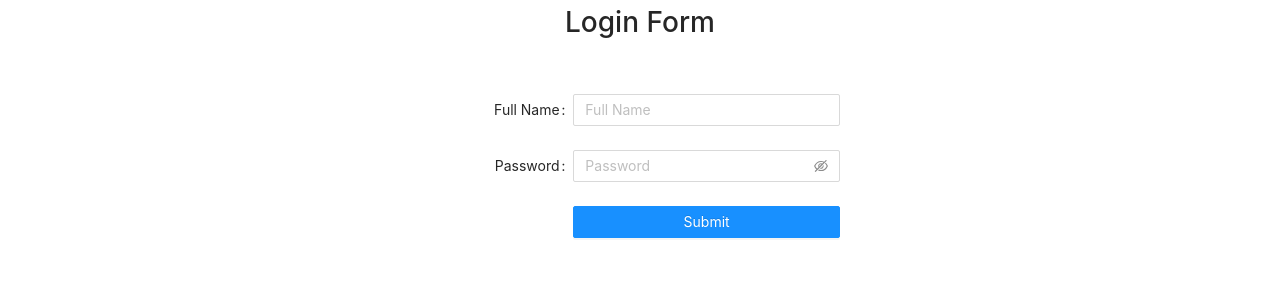
Repository: baodien1405/module-form
Page: /
The author's editor kept a copy of each file at every save. The page is drawn from the files as they stood at one save, then again after the next save.
The browser window is 1280 px wide. The pictures show the whole page.
The project was rebuilt for these pictures with package versions that can differ from the ones it lists, and the page was loaded fresh each time.

Above is the page before, as saved 2021-09-09 13:43:04.

After the next save:
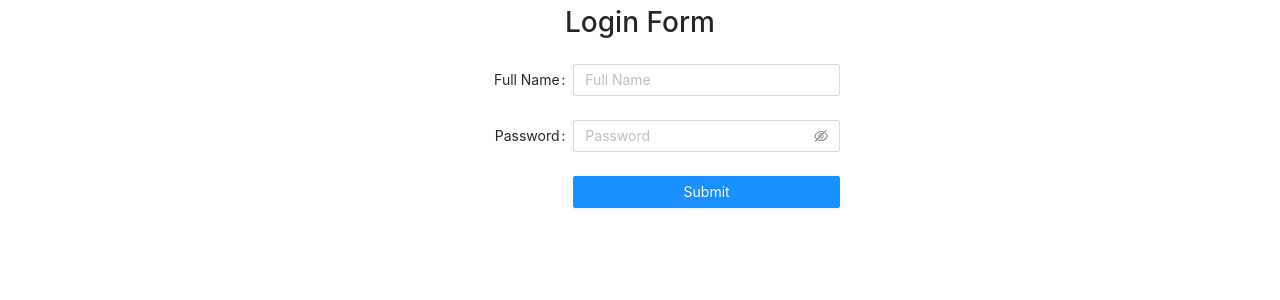
Saved 10 s later.
--- a/src/App.css
+++ b/src/App.css
@@ -40,7 +40,7 @@
 
 .container {
   width: 400px;
-  margin: 50px auto;
+  margin: 20px auto;
 }
 
 .title {
